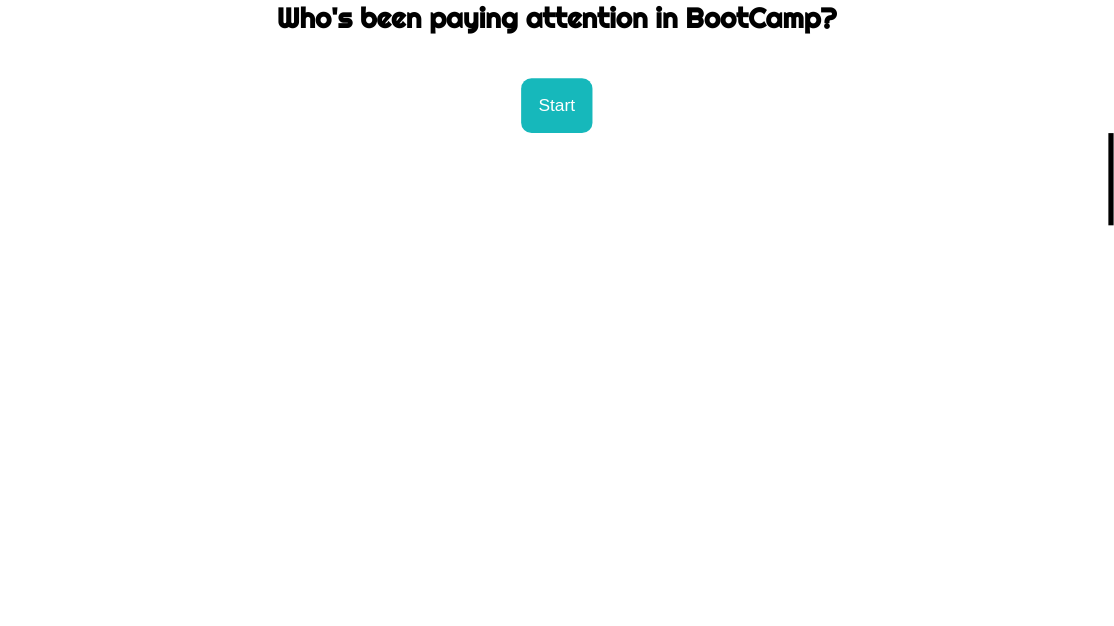
Repository: kkyler24/Quizlet
Page: Quiz.html
These files come from the project's save history. The page is drawn as it stood at one moment and after the next save; the edit follows.
The browser window is 1280 px wide. The pictures show the whole page, at 87% of full size.
Some web libraries are served in a nearby version.

Above is the page before, as saved 2020-03-16 00:48:53.

### Quiz.html
<!DOCTYPE html>

<html lang="en">

<head>
    <meta charset="UTF-8">
    <meta name="viewport" content="width=device-width, initial-scale=1.0">

    <!-- font family -->
    <link href="https://fonts.googleapis.com/css2?family=Righteous&display=swap" rel="stylesheet">

    <!-- Popper -->
    <script src="https://cdnjs.cloudflare.com/ajax/libs/popper.js/1.12.9/umd/popper.min.js"
        integrity="sha384-ApNbgh9B+Y1QKtv3Rn7W3mgPxhU9K/ScQsAP7hUibX39j7fakFPskvXusvfa0b4Q"
        crossorigin="anonymous"></script>
    <!-- Myfiles -->
    <link rel="stylesheet" type="text/css" href="DevOpsFiles/Style.css">
    <title>Quiz it</title>
</head>

<header>Who's been paying attention in BootCamp?</header>

<!-- Quiz Design -->

<body>
    <div>
        <input type="button" id="startButton" value="Start"/>
    </div>
    <div class="time"></div>
    <Div class="flex-container">
        <div id="questionBoxOne" class="row" style="display: none;">
            <div class="col-md-6 col-sm-3 questionDiv">
                "What is BootStrap?"
                <div class="col-8 col-sm-6 answerA">
                    <button type="button" class="button">"A piece of material that helps hold up your
                        boot"
                    </button>
                </div>
                <div class="col-8 col-sm-6 answerA correct">
                    <button type="button" class="button">"An open source Css
                        framework"</button>
                </div>
                <div class="col-8 col-sm-6 answerA">
                    <button type="button" class="button">"An open source Js framework"</button>
                </div>
            </div>
        </div>

        <div id="questionBoxTwo" class="row" style="display: none;">
            <div class="col-md-6 col-sm-3 questionDiv">
                "Javascript is to muscles as HTML is to...?"
            </div>
                <div class="col-8 col-sm-6 answerB correct">
                    <button type="button" class="button"> IceCream"</button>
                </div>
                <div class="col-8 col-sm-6 answerB">
                    <button type="button" class="button">"Skin"</button>
                </div>
                <div class="col-8 col-sm-6 answerB">
                    <button type="button" class="button">"Skeleton"</button>
                </div>
            </div>


        <div id="questionBoxThree" class="row" style="display: none;">
            <div class="col-md-6 col-sm-3 questionDiv">
                "What does HTML stand for?"
                <div class="row">

                    <div class="col-8 col-sm-6 answerC">
                        <button type="button" class="button">"Home Tools Mark-up language" </button>

                        <div class="col-8 col-sm-6 answerC">
                            <button type="button" class="button"> "Hyper-text Mark down language "</button>

                            <div class="col-8 col-sm-6 answerC">
                                <button type="button" class="button">"Hyper-text Mark up language
                                    "</button>
                            </div>
                        </div>
                    </div>
                </div>
            </div>
        </div>

        <div id="questionBoxFour" class="row" style="display: none;">
            <div class="col-md-6 col-sm-3 questionDiv">
                "What is BootStrap?"
                <div class="row">

                    <div class="col-8 col-sm-6 answerD">
                        <button type="button" class="button">"A piece of material that helps hold
                            up your boot" </button>

                        <div class="col-8 col-sm-6 answerD">
                            <button type="button" class="button">"An open source Css
                                framework"</button>

                            <div class="col-8 col-sm-6 answerD">
                                <button id="D" type="button" class="button">"An open source Js
                                    framework"</button>
                            </div>
                        </div>
                    </div>
                </div>
            </div>
        </div>
    </Div>

    <script src="https://code.jquery.com/jquery-3.4.1.js"></script>
    <script src="DevOpsFiles/Java.js"></script>
</body>

</html>

### DevOpsFiles/Style.css
body{
    margin: auto;
    text-align: center;
    background-image: image();
  }

.flex-container {
    display: flex;
    height: 500px;
    justify-content: center;
    align-items: center;
    flex-direction: column;
  }

header{
font-family: "Righteous", cursive;
font-size: xx-large;
font-weight: bolder;

  }

#secLeft {
  position: absolute;
  top: 0.1%;
  display: block;
}

#questionBoxOne {
  position: absolute;

}

#questionBoxTwo {
  position: absolute;

}

#questionBoxThree {
  position: absolute;

}

#questionBoxFour {
  position: absolute;

}
.questionDiv{
  font-size: 25px;
  font-weight: bold;

}

.button{
background-color: rgb(22, 184, 187);
padding: 20px;
border-radius: 12px;
border: none;
color: white;
font-family:Arial, Helvetica, sans-serif;
font-size: 20PX;
}

.time{
  float: right;
  border: solid;
  height: 100px;
  text-align: center;
}

#startButton{
  text-align: center;
  margin-top: 50px;
  background-color: rgb(22, 184, 187);
padding: 20px;
border-radius: 12px;
border: none;
color: white;
font-family:Arial, Helvetica, sans-serif;
font-size: 20PX;
}

### DevOpsFiles/Java.js

// record start time
var startTime;
function display() {
    // later record end time
    var endTime = new Date();

    // time difference in ms
    var timeDiff = endTime - startTime;

    // strip the miliseconds
    timeDiff /= 1000;

    // get seconds
    var seconds = Math.floor(timeDiff % 60);

    // remove seconds from the date
    timeDiff = Math.floor(timeDiff / 60);

    // get minutes
    var minutes = Math.round(timeDiff % 60);

    // remove minutes from the date
    timeDiff = Math.floor(timeDiff / 60);

    // get hours
    var hours = Math.round(timeDiff % 24);

    // remove hours from the date
    timeDiff = Math.floor(timeDiff / 24);

    // the rest of timeDiff is number of days
    var days = timeDiff;

    $(".time").text(hours + ":" + minutes + ":" + seconds);
    setTimeout(display, 1000);
}

$("#startButton").click(function () {
    startTime = new Date();
    setTimeout(display, 1000);
});


//   function stopTimer() {
//     secondsElapsed = 0;
//     formatTime();
//   }
//   function startTimer() {
//     if (totalSeconds > 0) {
//       secondsElapsed = 0;
//       timer = setInterval(function () {
//         secondsElapsed++;
//         formatTime();
//       }, 1000);
//     }
//     formatTime();
//   }
// };

// ---Score Code---
var totalScore = [];

function getSum(total, num) {
  return total + Math(num);
}
function myFunction(item) {
  document.getElementById("stats").innerHTML = totalScore.reduce(getSum, 0);
}



// Questions Object
var Quests = [
  {
    Q1: {
      Question: "What is BootStrap?",
      answers: ["A piece of material that helps hold up your boot", "An open source Css framework", "An open source JS framework"],
      answersCorrect: [1]

    },

    Q2: {
      Question: "HTML is to Skeleton as Javascript is to...?",
      answers: ["Muscles", "Skin", "Coffee"],
      answersCorrect: [0]
    },

    Q3: {
      Question: "What does HTML stand for?",
      answers: ["A piece of material that helps hold up your boot", "An open source Css framework", "An open source JS framework"],
      answersCorrect: [3]
    },

    Q4: {
      Question: "What is BootStrap?",
      answers: ["A piece of material that helps hold up your boot", "An open source Css framework", "An open source JS framework"],
      answersCorrect: [2]
    }
  }];


// -->Get faded code<--

$("#startButton").on("click", function () {
  $("#questionBoxOne").fadeIn(3600, function () {
  })
});

$(".answerA").on("click", function () {
  $("#questionBoxOne").fadeOut(2500, function () {
    $(this).remove();
  })
});

$(".answerA").on("click", function () {
  $("#questionBoxTwo").fadeIn(3600, function () {
  })
});

$('.answerB').on('click', function () {
  $("#questionBoxTwo").fadeOut(2500, function () {
    $(this).remove();
  })
});

$(".answerB").on("click", function () {
  $("#questionBoxThree").fadeIn(3600, function () {

  })
});

$('.answerC').on('click', function () {
  $("#questionBoxThree").fadeOut(2500, function () {
    $(this).remove();
  })
});

$(".answerC").on("click", function () {
  $("#questionBoxFour").fadeIn(3500, function () {
  })
});

$('.answerD').on('click', function () {
  $("#questionBoxFour").fadeOut(2500, function () {
    $(this).remove();
  })
});

$(".answerD").on("click", function () {
    $("#stats").slideDown(3500, function () {
    })
  });

//
// var aBBox = document.getElementsByClassName("col-8 col-sm-6 answerB");
// aBBox.


// done.addEventListener("event", function(){
// $(".answerb").on("event", function(){
//   $("#questionBoxTwo").fadeOut(2000,function(){
//     $(this).remove();
// })});



//
// $("#questionBoxTwo").fadeIn(1000,function())

// fade in after (this).remove has been completed
// var buttonCheck = document.getElementsByClassName("button");
// var totalScore = "";

// button listener



// Check the buttons for correct class
// // for ( var i = 0; i > flex-container.lenght; i++) {
// //   $("button").on("click", function(){
// //     if (buttonCheck.click === button.correct){
// //         totalScore = totalScore + 25;
// //     }
// //     else {secondsElapsed + 1500};
//   }
// )}

After the next save:
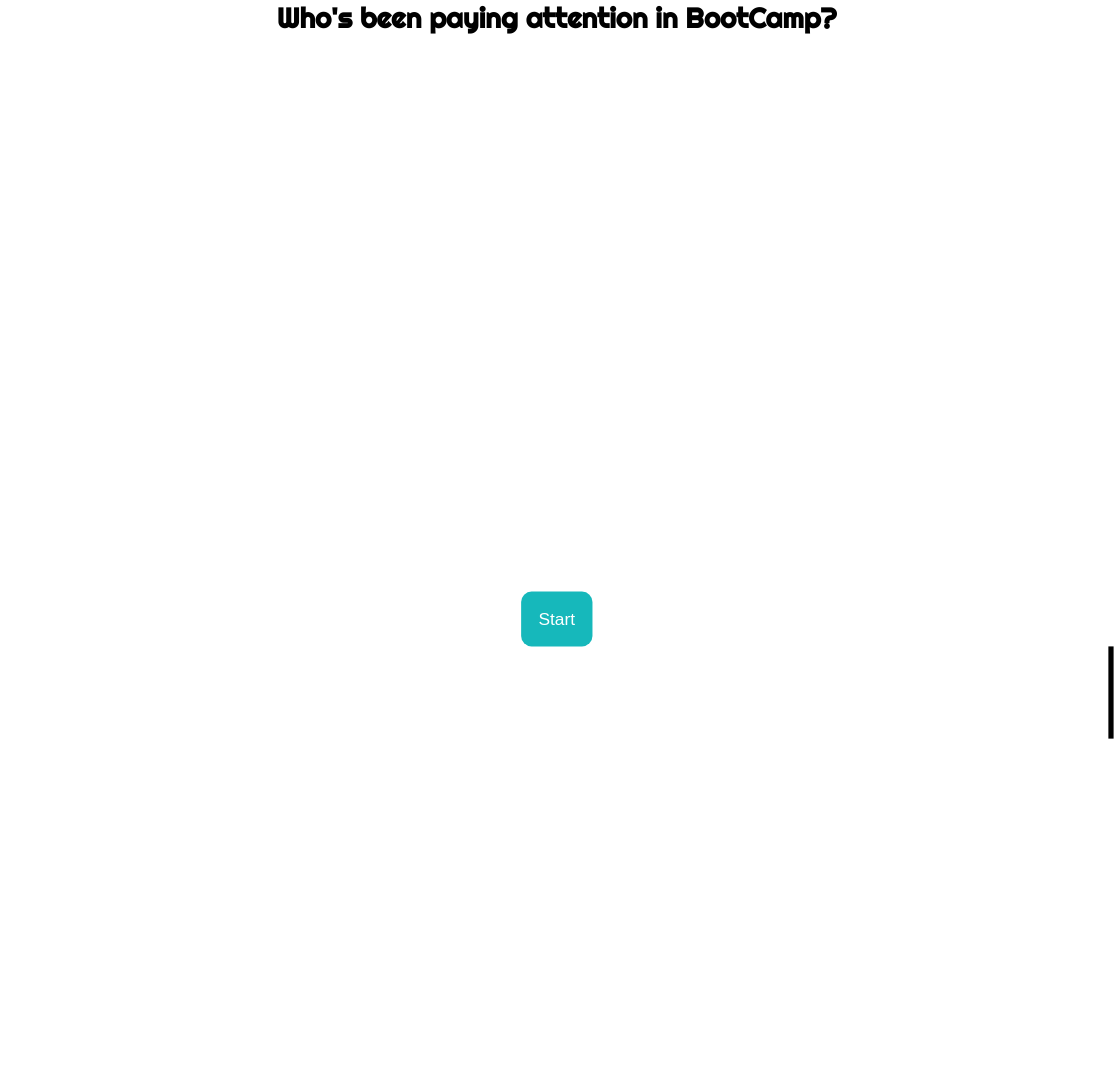
Saved 25 s later.
--- a/DevOpsFiles/Style.css
+++ b/DevOpsFiles/Style.css
@@ -69,7 +69,7 @@ font-size: 20PX;
 
 #startButton{
   text-align: center;
-  margin-top: 50px;
+  margin-top: 50%;
   background-color: rgb(22, 184, 187);
 padding: 20px;
 border-radius: 12px;
